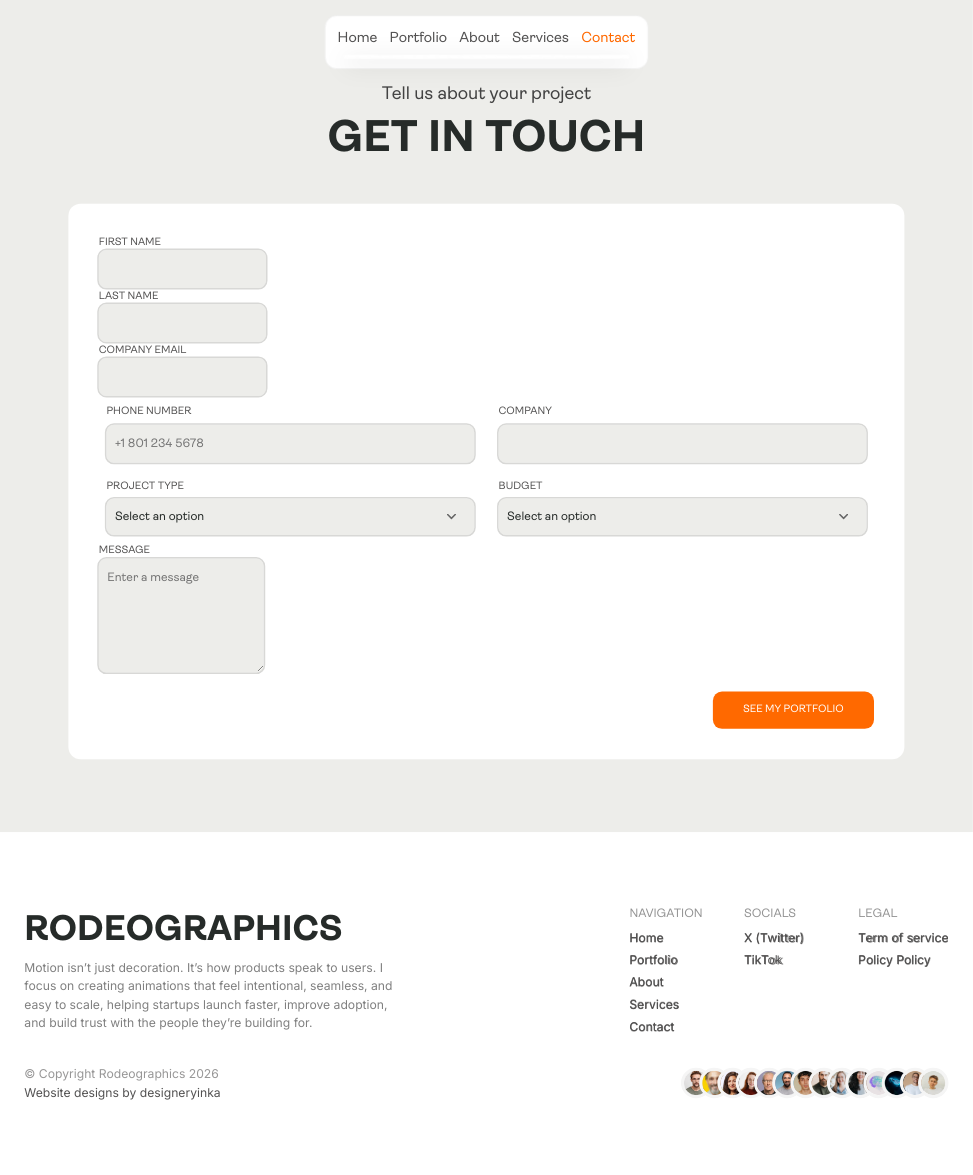
Repository: Ajeyinka/RodeoGraphics
Page: contact.html
The author's editor kept a copy of each file at every save. The page is drawn from the files as they stood at one save, then again after the next save.
The browser window is 1280 px wide. The pictures show the whole page, at 76% of full size.

Above is the page before, as saved 2026-02-21 21:04:52.
Console error: ReferenceError: gsap is not defined

### contact.html
<!DOCTYPE html>
<html lang="en">
  <head>
    <meta charset="UTF-8" />
    <meta name="viewport" content="width=device-width, initial-scale=1.0" />
    <title>Contact | Motion Design for Startups</title>

    <meta
      name="description"
      content="Get in touch to discuss motion design for your product, startup, or upcoming launch."
    />
    <meta property="og:title" content="Contact | Motion Design for Startups" />
    <meta
      property="og:description"
      content="Get in touch to discuss motion design for your product, startup, or upcoming launch."
    />
    <meta property="og:image" content="" />
    <meta property="og:type" content="website" />
    <meta property="og:url" content="" />
    <script src="script.js" defer></script>
    <link rel="stylesheet" href="style.css" />
    <link
      rel="shortcut icon"
      href="images/favicon.ico.png"
      sizes="32x32"
      type="image/png"
    />
  </head>
  <body>
    <nav class="section_nav">
      <div class="container_large">
        <div class="container_nav">
          <div class="two-col-flex">
            <div class="nav_brand">
              <a href="index.html" class="nav_brand-link">
                <span>Rodeographics</span>
              </a>
            </div>
            <a href="#" class="toggle_button" id="toggle_button">
              <span class="bar one"></span>
              <span class="bar two"></span>
            </a>
          </div>
          <!-- Brand / Logo -->

          <!-- Navigation Menu -->
          <div class="nav_menu">
            <ul class="nav_list">
              <li class="nav_item">
                <a href="index.html" class="nav_link">Home</a>
              </li>
              <li class="nav_item">
                <a href="portfolio.html" class="nav_link">Portfolio</a>
              </li>

              <li class="nav_item">
                <a href="about.html" class="nav_link">About</a>
              </li>

              <li class="nav_item">
                <a href="services.html" class="nav_link">Services</a>
              </li>

              <li class="nav_item">
                <a href="contact.html" class="nav_link">Contact</a>
              </li>
            </ul>
          </div>
        </div>
      </div>
    </nav>

    <main>
      <section class="section_contact">
        <div class="container_large">
          <div class="padding_global">
            <div class="form_component">
              <div class="title-top">
                <p class="tag">Tell us about your project</p>
                <h1>GET IN TOUCH</h1>
              </div>
            </div>
            <div class="form-block">
              <form action="https://formspree.io/f/xzdapnao" method="POST">
                <div class="form-group">
                  <label for="fname">First Name</label>
                  <input
                    type="text"
                    name="first_name"
                    class="input"
                    id="fName"
                    required
                  />
                </div>
                <div class="form-group">
                  <label for="lname">Last Name</label>
                  <input
                    type="text"
                    name="last_name"
                    class="input"
                    id="lName"
                    required
                  />
                </div>
                <div class="form-group">
                  <label for="email">Company Email</label>
                  <input
                    type="email"
                    name="company_email"
                    class="input"
                    id="email"
                    required
                  />
                </div>

                <fieldset>
                  <label>
                    Phone Number

                    <input
                      type="tel"
                      class="input phone-input"
                      placeholder="+1 801 234 5678"
                      inputmode="tel"
                      autocomplete="tel"
                    />
                  </label>
                  <label for="company">
                    Company
                    <input
                      type="text"
                      name="company"
                      class="input"
                      id="company"
                    />
                  </label>
                </fieldset>
                <fieldset>
                  <label>
                    Project Type
                    <select class="input select" name="project type">
                      <option value="" disabled selected>
                        Select an option
                      </option>
                      <option value="saas">SaaS/Explainer Video</option>
                      <option value="2d explainer">2D Explainer Video</option>
                      <option value="logo">Logo Animation</option>
                      <option value="ai vide0">
                        AI branding/product Launch Video
                      </option>
                      <option value="website">Website Interphase</option>
                      <option value="short form">Short Form Edit Video</option>
                    </select>
                  </label>
                  <label>
                    Budget
                    <select class="input select" name="budget">
                      <option value="" disabled selected>
                        Select an option
                      </option>
                      <option value="$0-$200">$0-$200</option>
                      <option value="$200-$500">$200-$500</option>
                      <option value="$500-$1000">$500-$1000</option>
                      <option value="$1000-above">$1000 and Above</option>
                    </select>
                  </label>
                </fieldset>
                <div class="form-group">
                  <label for="message">Message</label>
                  <textarea
                    name="textarea"
                    id="textarea"
                    class="input"
                    placeholder="Enter a message"
                  ></textarea>
                </div>

                <div class="input-submit">
                  <button type="submit" class="button-submit button">
                    <span class="text text-primary">See my portfolio</span>
                  </button>
                </div>
                <div class="form-success">
                  Thanks for reaching out. I’ll get back to you within 24 hours.
                </div>
              </form>
            </div>
          </div>
        </div>
      </section>
    </main>
    <footer>
      <div class="container_large">
        <div class="padding_global">
          <div class="footer-grid">
            <div class="footer-left">
              <h2>Rodeographics</h2>
              <p>
                Motion isn’t just decoration. It’s how products speak to users.
                I focus on creating animations that feel intentional, seamless,
                and easy to scale, helping startups launch faster, improve
                adoption, and build trust with the people they’re building for.
              </p>
            </div>
            <div class="footer-right">
              <div class="footer_link-wrapper">
                <div class="footer_links">
                  <h4>Navigation</h4>
                  <a href="index.html" class="footer_link">Home</a>
                  <a href="portfolio.html" class="footer_link">Portfolio</a>
                  <a href="about.html" class="footer_link">About</a>
                  <a href="services.html" class="footer_link">Services</a>
                  <a href="contact.html" class="footer_link">Contact</a>
                </div>
                <div class="footer_links">
                  <h4>Socials</h4>
                  <a href="https://x.com/designerola01" class="footer_link"
                    >X (Twitter)</a
                  >

                  <a
                    href="https://www.tiktok.com/@rodeodesigns?_r=1&_t=ZS-93MZgyCcf5N"
                    class="footer_link"
                    >TikTok</a
                  >
                </div>
                <div class="footer_links">
                  <h4>Legal</h4>
                  <a href="services.html" class="footer_link"
                    >Term of service</a
                  >

                  <a href="privacy.html" class="footer_link">Policy Policy</a>
                </div>
              </div>
            </div>
          </div>
          <div class="footer-bottom">
            <div>
              <p class="Copyright">© Copyright Rodeographics 2026</p>
              <a href="https://designeryinka.com/" target="_blank"
                >Website designs by designeryinka</a
              >
            </div>

            <div class="footer_proof">
              <img src="images/1.png" alt="" />
              <img src="images/2.png" alt="" />
              <img src="images/3.png" alt="" />
              <img src="images/4.png" alt="" />
              <img src="images/5.png" alt="" />
              <img src="images/6.png" alt="" />
              <img src="images/adewale.png" alt="" />
              <img src="images/adewale1.png" alt="" />
              <img src="images/adewale2.png" alt="" />
              <img src="images/adewale4.png" alt="" />
              <img src="images/adewalw5.png" alt="" />
              <img src="images/adewale6.png" alt="" />
              <img src="images/adewale7.png" alt="" />
              <img src="images/adewalw8.png" alt="" />
            </div>
          </div>
        </div>
      </div>
    </footer>
  </body>
</html>

Loaded but not shown: script.js (338 lines, source omitted); style.css (1929 lines, source omitted)

After the next save:
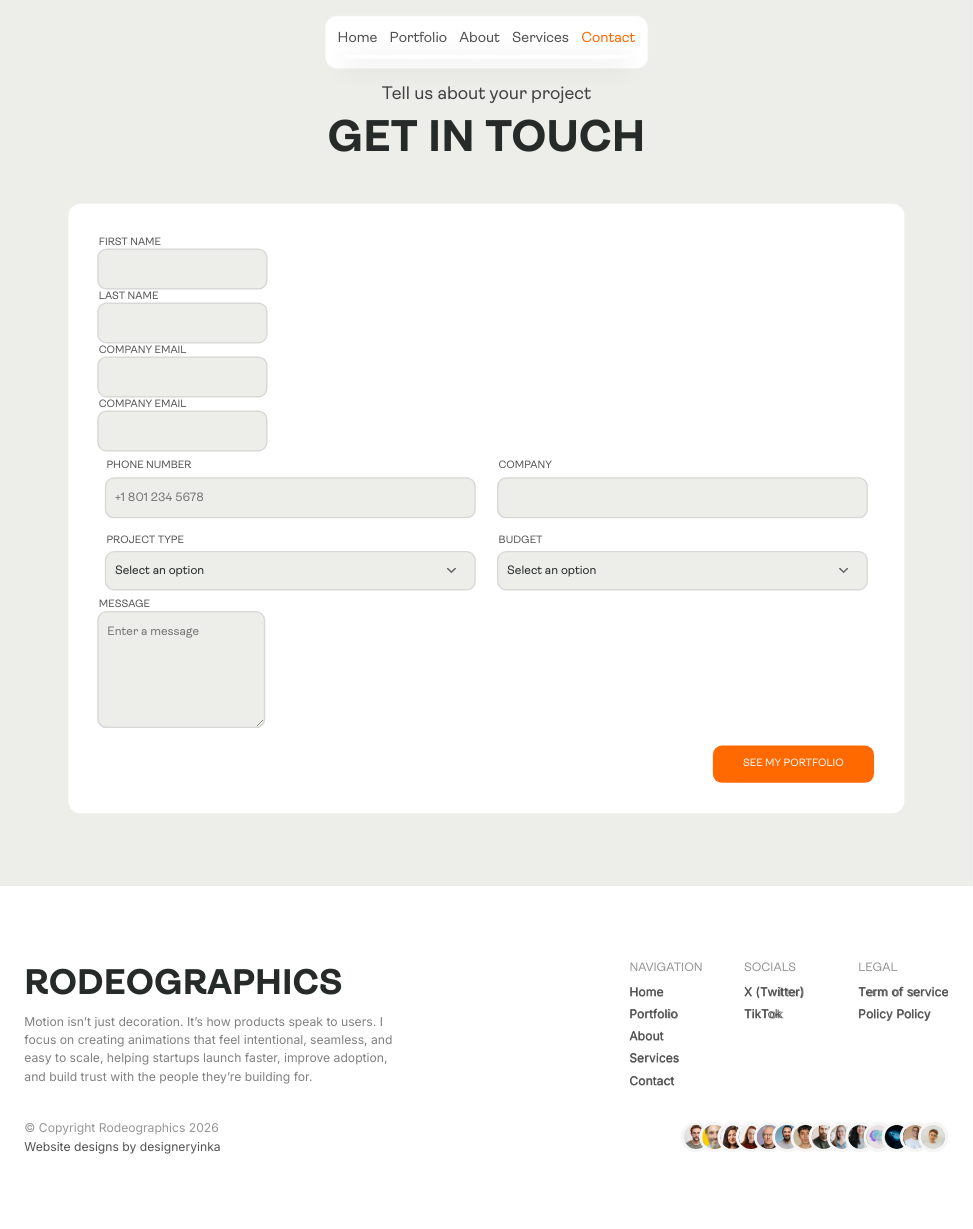
Saved 42 s later.
--- a/contact.html
+++ b/contact.html
@@ -112,6 +112,16 @@
                     required
                   />
                 </div>
+                <div class="form-group">
+                  <label for="email">Company Email</label>
+                  <input
+                    type="email"
+                    name="company_email"
+                    class="input"
+                    id="email"
+                    required
+                  />
+                </div>
 
                 <fieldset>
                   <label>
